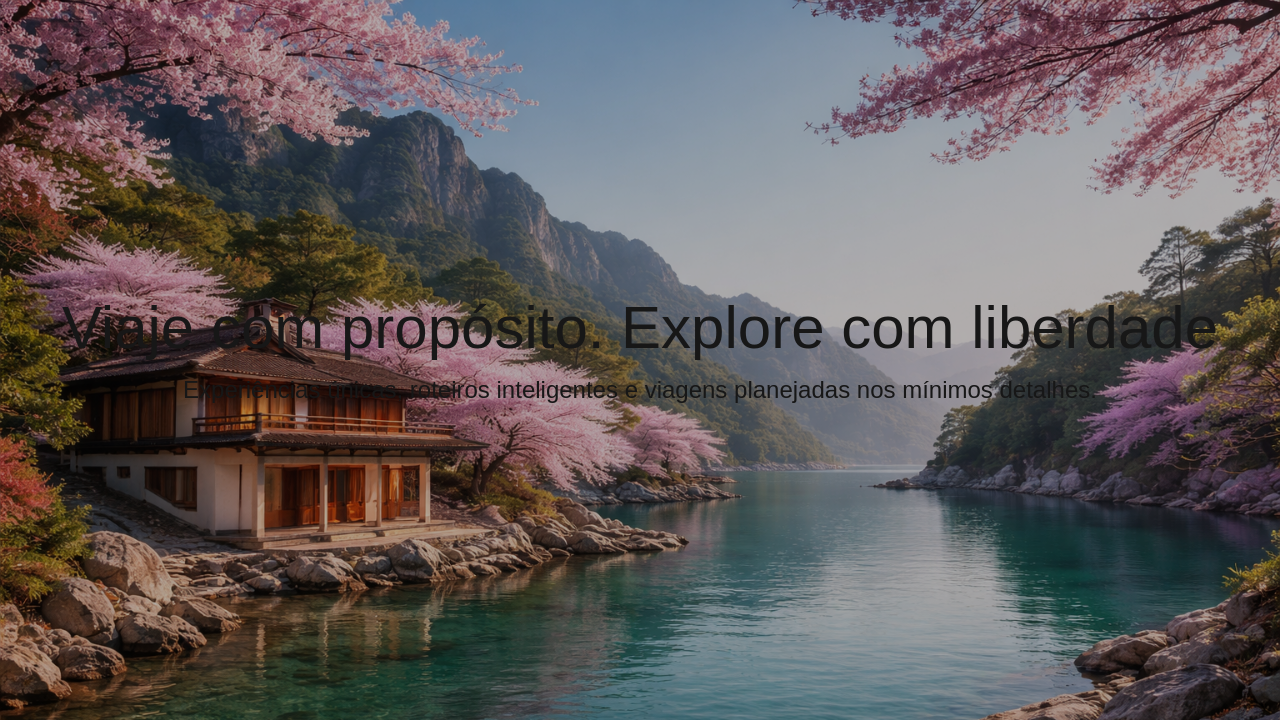
Repository: pedroantoniosi/tripicon-site
Page: /home
These files come from the project's save history. The page is drawn as it stood at one moment and after the next save; the edit follows.
The browser window is 1280 px wide. The pictures show the whole page.
The project was rebuilt for these pictures with package versions that can differ from the ones it lists, and the page was loaded fresh each time. The framework's server and built-in components were replaced by stand-ins that run in the browser. Also part of the build but not shown: next.config.ts.

Above is the page before, as saved 2026-03-31 17:47:54.

After the next save:
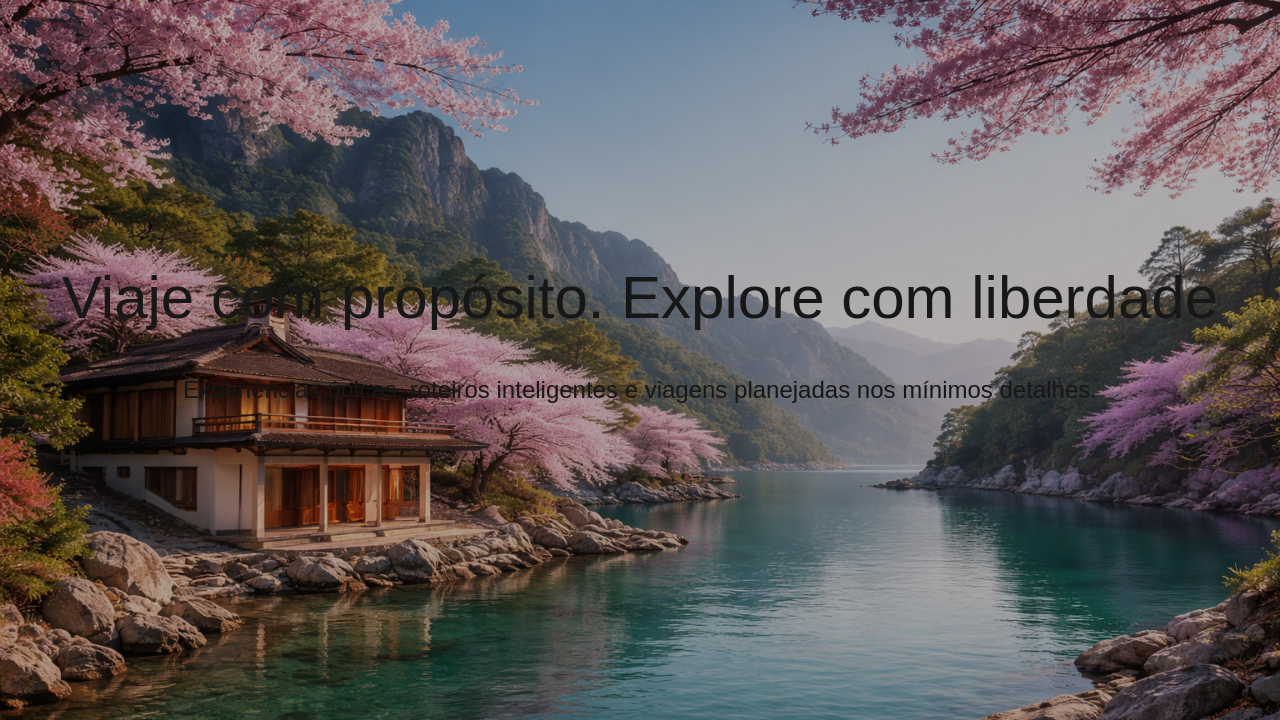
Saved 7 s later.
--- a/src/app/home/page.tsx
+++ b/src/app/home/page.tsx
@@ -8,7 +8,7 @@ export default function Home() {
           {" "}
           Viaje com propósito. Explore com liberdade
         </h1>
-        <p className="text-2xl text-center m-[16px]">
+        <p className="text-2xl text-center m-[46px]">
           Experiências únicas, roteiros inteligentes e viagens planejadas nos
           mínimos detalhes.
         </p>
